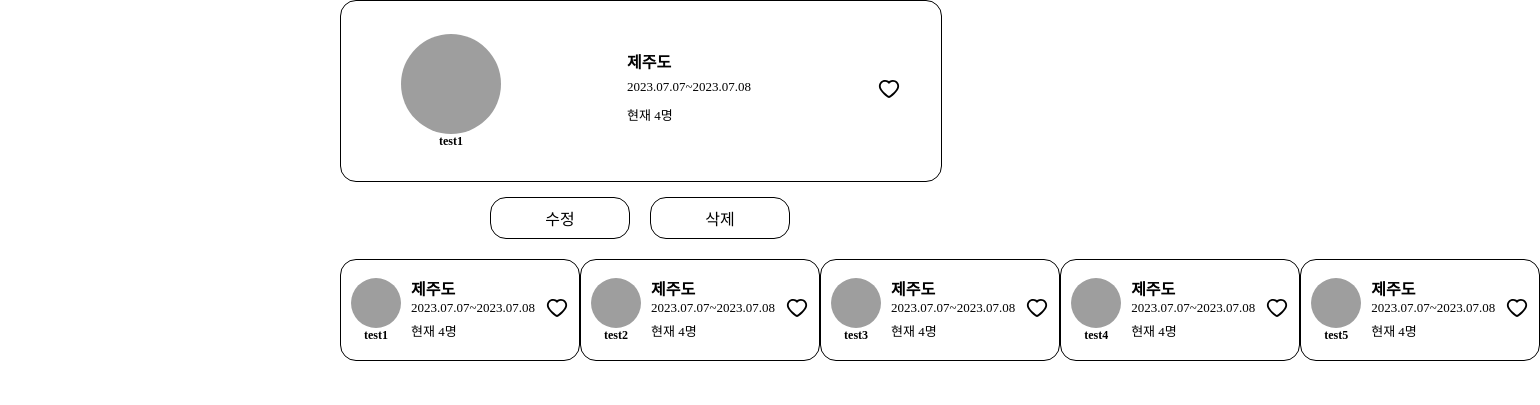
Repository: the-graces/matrip-web
Page: /tripSchedule (app in matrip/)
These files come from the project's save history. The page is drawn as it stood at one moment and after the next save; the edit follows.
The browser window is 1280 px wide. The page is 1540 px wide, so the pictures cover 1540 px, including what lies to the right of the window. The pictures show the whole page.
Pictures or frames that could not be fetched are drawn as grey boxes. The project was rebuilt for these pictures with package versions that can differ from the ones it lists, and the page was loaded fresh each time. Also part of the build but not shown: matrip/src/pages/Main/mainStyle.tsx, matrip/src/pages/Main/Post.tsx, matrip/src/pages/Main/index.tsx, matrip/src/pages/FriendSearch/friendSearchStyle.tsx, matrip/src/data/userdata.ts, matrip/src/pages/FriendSearch/index.tsx, matrip/src/pages/ItineraryInfo/index.scss, matrip/src/pages/ItineraryInfo/itineraryInfoStyle.tsx and 4 more.

Above is the page before, as saved 2023-07-09 13:38:12.

### matrip/src/App.tsx
import React from "react";
import { BrowserRouter, Route, Routes } from "react-router-dom";
import Main from "./pages/Main";

import FriendSearch from "./pages/FriendSearch";
import ItineraryInfo from "./pages/ItineraryInfo";
import UserProfile from "./pages/UserProfile";

import GlobalFonts from "./styles/fonts";
import TripSchedule from "./pages/TripSchedule";

function App() {
   return (
      <BrowserRouter>
         <GlobalFonts />
         <Routes>
            <Route
               path="/"
               element={<Main />}
            />
            <Route
               path="/friendSearch"
               element={<FriendSearch />}
            />
            <Route
               path="/itineraryInfo"
               element={<ItineraryInfo />}
            />
            <Route
               path="/userProfile"
               element={<UserProfile />}
            />
            <Route
               path="/tripSchedule"
               element={<TripSchedule />}
            />
         </Routes>
      </BrowserRouter>
   );
}

export default App;

### matrip/src/styles/fonts/index.js
import { createGlobalStyle } from "styled-components";
import Prentendard from "./Pretendard-Regular.woff2";

export default createGlobalStyle`
@font-face {
    font-family: "Prentendard";
    src: url(${Prentendard}) fromat("woff2");
}`;

### matrip/src/pages/TripSchedule/index.tsx
import React from "react";
import "./index.scss";

import * as iss from "./TripScheduleStyle";
import * as gs from "../../styles/GlobalStyles";
import "./index.scss";
import { fdata } from "../../data/userdata";
import { postdata } from "../../data/postdata";
import { AiOutlineHeart } from "react-icons/ai";
import UserList from "./UserList";

const TripSchedule: React.FC = () => {
  const post = postdata[0];

  return (
    <gs.MainContainer>
      <iss.MainContainer>
        <iss.postBox key={post.id}>
          <iss.profileBox to={"/userProfile"}>
            <iss.profileImgBox>
              <iss.profileImg src={post.imgurl} alt="유저 프로필" />
            </iss.profileImgBox>
            <iss.Nickname>{post.nick}</iss.Nickname>
          </iss.profileBox>
          <iss.postContent to={"/itineraryInfo"}>
            <iss.postTitle>{post.destination}</iss.postTitle>
            <iss.postPeriod>
              {post.startDate}~{post.endData}
            </iss.postPeriod>
            <iss.postPeriod>현재 {post.personnel}명</iss.postPeriod>
          </iss.postContent>
          <div>
            <iss.LikeBtn>
              <AiOutlineHeart size="24" />
            </iss.LikeBtn>
          </div>
        </iss.postBox>

        <iss.TripSchedulePostButton>
          <iss.TripSchedulePostButtonL>수정</iss.TripSchedulePostButtonL>
          <iss.TripSchedulePostButtonR>삭제</iss.TripSchedulePostButtonR>
        </iss.TripSchedulePostButton>

        <UserList/>
      </iss.MainContainer>
    </gs.MainContainer>
  );
};

export default TripSchedule;

### matrip/src/styles/GlobalStyles.tsx
import { styled } from "styled-components";

// 전체 화면 컨테이너
export const MainContainer = styled.div`
   width: 100%;
   display: flex;
   justify-content: center;
   font-family: Pretendard;
`;

// 그 안에 들어갈 내용을 감싸는 컨테이너
export const MainBox = styled.div`
   max-width: 600px;
   width: 100%;
   display: flex;
   flex-direction: column;
   align-items: center;

   @media screen and (min-width: 600px) {
      width: 600px;
   }
`;

### matrip/src/pages/TripSchedule/TripScheduleStyle.tsx
import { Link } from "react-router-dom";
import { styled } from "styled-components";

export const MainContainer = styled.div`
  max-width: 600px;
  width: 100%;

  @media screen and (min-width: 600px) {
    width: 600px;
  }
`;

export const postBox = styled.div`
  width: 100%;
  height: 180px;
  display: flex;
  align-items: center;
  justify-content: space-between;
  border: solid #000 1px;
  border-radius: 16px;
`;

export const profileBox = styled(Link)`
  padding: 0 10px;
  display: flex;
  flex-direction: column;
  align-items: center;
  color: #000;
  text-decoration: none;
  margin-left: 50px;
`;
export const profileImgBox = styled.div`
  width: 100px;
  height: 100px;
`;

export const profileImg = styled.img`
  width: 100%;
  height: 100%;
  object-fit: cover;
  border-radius: 50%;
`;

export const Nickname = styled.h4`
  font-size: 12px;
  font-weight: 600;
  margin: 0;
`;

export const postContent = styled(Link)`
  color: #000;
  text-decoration: none;
`;

export const postTitle = styled.div`
  font-size: 16px;
  font-weight: 800;
  margin-bottom: 6px;
`;

export const postPeriod = styled.div`
  font-size: 13px;
  margin-bottom: 10px;
`;

export const LikeBtn = styled.button`
  border: none;
  background: none;
  cursor: pointer;
  padding: 0 10px;
  margin-right: 30px;
`;

export const TripSchedulePostButton = styled.div`
  width: 50%;
  display: flex;
  border-radius: 40px;
  margin: auto;
  margin-top: 15px;
  gap: 20px;
  margin-bottom: 20px;
`;

export const TripSchedulePostButtonL = styled.div`
  width: 100%;
  height: 40px;
  display: flex;
  align-items: center;
  justify-content: space-between;
  border: solid #000 1px;
  border-radius: 16px;
  justify-content: center;
`;

export const TripSchedulePostButtonR = styled.div`
  width: 100%;
  height: 40px;
  display: flex;
  align-items: center;
  justify-content: space-between;
  border: solid #000 1px;
  border-radius: 16px;
  justify-content: center;
`;

export const userList = styled.div`
  display: flex;
  width: 600px;
`;

export const userListPostBox = styled.div`
  width: calc((100% - 20px) / 2);
  height: 100px;
  display: flex;
  align-items: center;
  justify-content: space-between;
  border: solid #000 1px;
  border-radius: 16px;
`;

export const userListProfileBox = styled(Link)`
  padding: 0 10px;
  display: flex;
  flex-direction: column;
  align-items: center;
  color: #000;
  text-decoration: none;
`;

export const userListProfileImgBox = styled.div`
  width: 50px;
  height: 50px;
`;

export const userListProfileImg = styled.img`
  width: 100%;
  height: 100%;
  object-fit: cover;
  border-radius: 50%;
`;

export const userListNickname = styled.h4`
  font-size: 12px;
  font-weight: 600;
  margin: 0;
`;

export const userListPostContent = styled(Link)`
  color: #000;
  text-decoration: none;
`;

export const userListPostTitle = styled.div`
  font-size: 16px;
  font-weight: 800;
`;

export const userListPostPeriod = styled.div`
  font-size: 13px;
  margin-bottom: 5px;
`;

export const userListPLikeBtn = styled.button`
  border: none;
  background: none;
  cursor: pointer;
  padding: 0 10px;
`;

### matrip/src/data/postdata.ts
export const postdata = [
  {
    id: "1",
    nick: "test1",
    imgurl:
      "https://img2.daumcdn.net/thumb/R658x0.q70/?fname=https://t1.daumcdn.net/news/202302/21/spotvnews/20230221133133423kfxy.jpg",
    destination: "제주도",
    startDate: "2023.07.07",
    endData: "2023.07.08",
    personnel: 4,
  },
  {
    id: "2",
    nick: "test2",
    imgurl:
      "https://img2.daumcdn.net/thumb/R658x0.q70/?fname=https://t1.daumcdn.net/news/202302/21/spotvnews/20230221133133423kfxy.jpg",
    destination: "제주도",
    startDate: "2023.07.07",
    endData: "2023.07.08",
    personnel: 4,
  },
  {
    id: "3",
    nick: "test3",
    imgurl:
      "https://img2.daumcdn.net/thumb/R658x0.q70/?fname=https://t1.daumcdn.net/news/202302/21/spotvnews/20230221133133423kfxy.jpg",
    destination: "제주도",
    startDate: "2023.07.07",
    endData: "2023.07.08",
    personnel: 4,
  },
  {
    id: "4",
    nick: "test4",
    imgurl:
      "https://img2.daumcdn.net/thumb/R658x0.q70/?fname=https://t1.daumcdn.net/news/202302/21/spotvnews/20230221133133423kfxy.jpg",
    destination: "제주도",
    startDate: "2023.07.07",
    endData: "2023.07.08",
    personnel: 4,
  },
  {
    id: "5",
    nick: "test5",
    imgurl:
      "https://img2.daumcdn.net/thumb/R658x0.q70/?fname=https://t1.daumcdn.net/news/202302/21/spotvnews/20230221133133423kfxy.jpg",
    destination: "제주도",
    startDate: "2023.07.07",
    endData: "2023.07.08",
    personnel: 4,
  },
];

### matrip/src/pages/TripSchedule/UserList.tsx
import React from "react";
import "./index.scss";

import * as iss from "./TripScheduleStyle";
import "./index.scss";
import { fdata } from "../../data/userdata";
import { AiOutlineHeart } from "react-icons/ai";
import { postdata } from "../../data/postdata";

const UserList: React.FC = () => {
  return (
    <iss.userList>
      {postdata.map((post) => (
        <iss.userListPostBox key={post.id}>
          <iss.userListProfileBox to={"/userProfile"}>
            <iss.userListProfileImgBox>
              <iss.userListProfileImg src={post.imgurl} alt="유저 프로필" />
            </iss.userListProfileImgBox>
            <iss.userListNickname>{post.nick}</iss.userListNickname>
          </iss.userListProfileBox>
          <iss.userListPostContent to={"/itineraryInfo"}>
            <iss.userListPostTitle>{post.destination}</iss.userListPostTitle>
            <iss.userListPostPeriod>
              {post.startDate}~{post.endData}
            </iss.userListPostPeriod>
            <iss.userListPostPeriod>현재 {post.personnel}명</iss.userListPostPeriod>
          </iss.userListPostContent>
          <div>
            <iss.userListPLikeBtn>
              <AiOutlineHeart size="24" />
            </iss.userListPLikeBtn>
          </div>
        </iss.userListPostBox>
      ))}
    </iss.userList>
  );
};

export default UserList;

Loaded but not shown: matrip/public/index.html (common file); matrip/src/index.tsx (common file); matrip/src/index.css (common file); matrip/src/reportWebVitals.ts (common file)

After the next save:
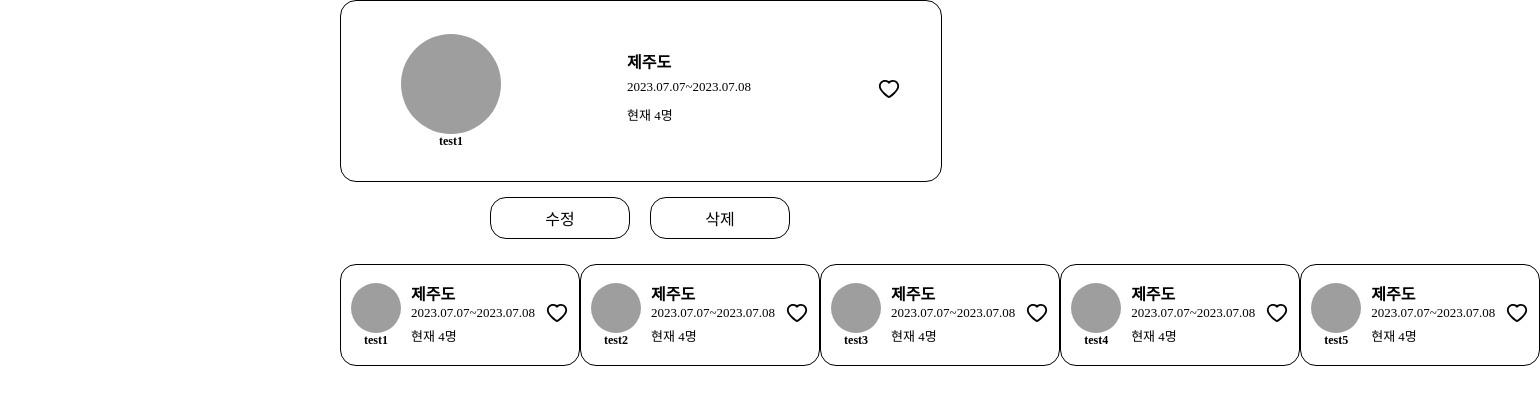
Saved 6 s later.
--- a/matrip/src/pages/TripSchedule/TripScheduleStyle.tsx
+++ b/matrip/src/pages/TripSchedule/TripScheduleStyle.tsx
@@ -78,7 +78,7 @@ export const TripSchedulePostButton = styled.div`
   margin: auto;
   margin-top: 15px;
   gap: 20px;
-  margin-bottom: 20px;
+  margin-bottom: 25px;
 `;
 
 export const TripSchedulePostButtonL = styled.div`
